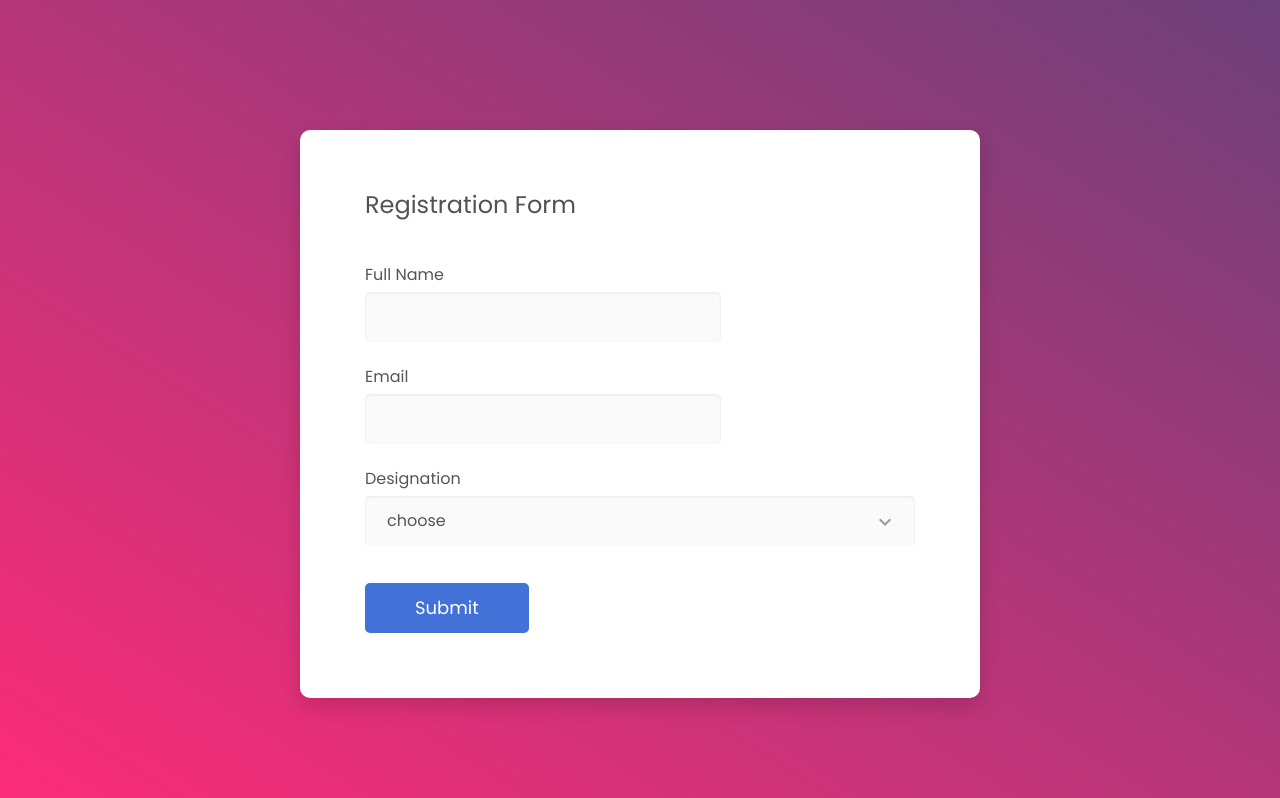
Repository: AbdulRehman0/registration
Page: http://localhost/registration.php
These files come from the project's save history. The page is drawn as it stood at one moment and after the next save; the edit follows.
The browser window is 1280 px wide. The pictures show the whole page.
The page is run by PHP 8.4 with error messages shown; the project is at /var/www/html/. Other server files are loaded and not shown.

Above is the page before, as saved 2021-01-05 15:16:23.

### registration.php
<?php
include "./templates/header.php";
?>
<body>
    <div class="page-wrapper bg-gra-02 p-t-130 p-b-100 font-poppins">
        <div class="wrapper wrapper--w680">
            <div class="card card-4">
                <div class="card-body">
                    <h2 class="title">Registration Form</h2>
                    <form method="POST">
                        <div class="row">

                            <div class="col-md-12">
                                <div class="input-group">
                                    <label class="label">Full Name</label>
                                    <input class="input--style-4" type="text" name="full name">
                                </div>
                            </div>
                        </div>

                        <div class="row row-space">
                            <div class="col-4">
                                <div class="input-group">
                                    <label class="label">Email</label>
                                    <input class="input--style-4" type="email" name="email">
                                </div>
                            </div>
                        </div>
                        <div class="input-group">
                            <label class="label">Designation</label>
                            <div class="rs-select2 js-select-simple select--no-search">
                                <select name="subject">
                                    <option disabled="disabled" selected="selected">choose</option>
                                    <option value="1">Admin</option>
                                    <option value="2">Editor</option>
                                </select>
                                <div class="select-dropdown"></div>
                            </div>
                        </div>
                        <div class="p-t-15">
                            <button class="btn btn--radius-2 btn--blue" type="submit">Submit</button>
                        </div>
                    </form>
                </div>
            </div>
        </div>
    </div>

</body><!-- This templates was made by Colorlib (https://colorlib.com) -->

<?php
include "./templates/footer.php";
?>

### templates/header.php
<!DOCTYPE html>
<html lang="en">

<head>
    <!-- Required meta tags-->
    <meta charset="UTF-8">
    <meta name="viewport" content="width=device-width, initial-scale=1, shrink-to-fit=no">
    <meta name="description" content="Colorlib Templates">
    <meta name="author" content="Colorlib">
    <meta name="keywords" content="Colorlib Templates">

    <!-- Title Page-->
    <title>Au Register Forms by Colorlib</title>

    <!-- Icons font CSS-->
    <link href="vendor/mdi-font/css/material-design-iconic-font.min.css" rel="stylesheet" media="all">
    <link href="vendor/font-awesome-4.7/css/font-awesome.min.css" rel="stylesheet" media="all">
    <!-- Font special for pages-->
    <link href="https://fonts.googleapis.com/css?family=Poppins:100,100i,200,200i,300,300i,400,400i,500,500i,600,600i,700,700i,800,800i,900,900i" rel="stylesheet">

    <!-- Vendor CSS-->
    <link href="vendor/select2/select2.min.css" rel="stylesheet" media="all">
    <link href="vendor/datepicker/daterangepicker.css" rel="stylesheet" media="all">

    <!-- Main CSS-->
    <link href="./assets/css/app.css" rel="stylesheet" media="all">
</head>

### templates/footer.php

</html>
<!-- end document-->
<!-- Jquery JS-->
<script src="vendor/jquery/jquery.min.js"></script>
    <!-- Vendor JS-->
    <script src="vendor/select2/select2.min.js"></script>
    <script src="vendor/datepicker/moment.min.js"></script>
    <script src="vendor/datepicker/daterangepicker.js"></script>

    <!-- Main JS-->
    <script src="./assets/js/app.js"></script>

### assets/css/app.css

/* ==========================================================================
   #FONT
   ========================================================================== */
   .font-robo {
    font-family: "Roboto", "Arial", "Helvetica Neue", sans-serif;
  }

  .font-poppins {
    font-family: "Poppins", "Arial", "Helvetica Neue", sans-serif;
  }

  /* ==========================================================================
     #GRID
     ========================================================================== */
  .row {
    display: -webkit-box;
    display: -webkit-flex;
    display: -moz-box;
    display: -ms-flexbox;
    display: flex;
    -webkit-flex-wrap: wrap;
    -ms-flex-wrap: wrap;
    flex-wrap: wrap;
  }

  .row-space {
    -webkit-box-pack: justify;
    -webkit-justify-content: space-between;
    -moz-box-pack: justify;
    -ms-flex-pack: justify;
    justify-content: space-between;
  }

  .col-2 {
    width: -webkit-calc((100% - 30px) / 2);
    width: -moz-calc((100% - 30px) / 2);
    width: calc((100% - 30px) / 2);
  }

  @media (max-width: 767px) {
    .col-2 {
      width: 100%;
    }
  }

  /* ==========================================================================
     #BOX-SIZING
     ========================================================================== */
  /**
   * More sensible default box-sizing:
   * css-tricks.com/inheriting-box-sizing-probably-slightly-better-best-practice
   */
  html {
    -webkit-box-sizing: border-box;
    -moz-box-sizing: border-box;
    box-sizing: border-box;
  }

  * {
    padding: 0;
    margin: 0;
  }

  *, *:before, *:after {
    -webkit-box-sizing: inherit;
    -moz-box-sizing: inherit;
    box-sizing: inherit;
  }

  /* ==========================================================================
     #RESET
     ========================================================================== */
  /**
   * A very simple reset that sits on top of Normalize.css.
   */
  body,
  h1, h2, h3, h4, h5, h6,
  blockquote, p, pre,
  dl, dd, ol, ul,
  figure,
  hr,
  fieldset, legend {
    margin: 0;
    padding: 0;
  }

  /**
   * Remove trailing margins from nested lists.
   */
  li > ol,
  li > ul {
    margin-bottom: 0;
  }

  /**
   * Remove default table spacing.
   */
  table {
    border-collapse: collapse;
    border-spacing: 0;
  }

  /**
   * 1. Reset Chrome and Firefox behaviour which sets a `min-width: min-content;`
   *    on fieldsets.
   */
  fieldset {
    min-width: 0;
    /* [1] */
    border: 0;
  }

  button {
    outline: none;
    background: none;
    border: none;
  }

  /* ==========================================================================
     #PAGE WRAPPER
     ========================================================================== */
  .page-wrapper {
    min-height: 100vh;
  }

  body {
    font-family: "Poppins", "Arial", "Helvetica Neue", sans-serif;
    font-weight: 400;
    font-size: 14px;
  }

  h1, h2, h3, h4, h5, h6 {
    font-weight: 400;
  }

  h1 {
    font-size: 36px;
  }

  h2 {
    font-size: 30px;
  }

  h3 {
    font-size: 24px;
  }

  h4 {
    font-size: 18px;
  }

  h5 {
    font-size: 15px;
  }

  h6 {
    font-size: 13px;
  }

  /* ==========================================================================
     #BACKGROUND
     ========================================================================== */
  .bg-blue {
    background: #2c6ed5;
  }

  .bg-red {
    background: #fa4251;
  }

  .bg-gra-01 {
    background: -webkit-gradient(linear, left bottom, left top, from(#fbc2eb), to(#a18cd1));
    background: -webkit-linear-gradient(bottom, #fbc2eb 0%, #a18cd1 100%);
    background: -moz-linear-gradient(bottom, #fbc2eb 0%, #a18cd1 100%);
    background: -o-linear-gradient(bottom, #fbc2eb 0%, #a18cd1 100%);
    background: linear-gradient(to top, #fbc2eb 0%, #a18cd1 100%);
  }

  .bg-gra-02 {
    background: -webkit-gradient(linear, left bottom, right top, from(#fc2c77), to(#6c4079));
    background: -webkit-linear-gradient(bottom left, #fc2c77 0%, #6c4079 100%);
    background: -moz-linear-gradient(bottom left, #fc2c77 0%, #6c4079 100%);
    background: -o-linear-gradient(bottom left, #fc2c77 0%, #6c4079 100%);
    background: linear-gradient(to top right, #fc2c77 0%, #6c4079 100%);
  }

  /* ==========================================================================
     #SPACING
     ========================================================================== */
  .p-t-100 {
    padding-top: 100px;
  }

  .p-t-130 {
    padding-top: 130px;
  }

  .p-t-180 {
    padding-top: 180px;
  }

  .p-t-20 {
    padding-top: 20px;
  }

  .p-t-15 {
    padding-top: 15px;
  }

  .p-t-10 {
    padding-top: 10px;
  }

  .p-t-30 {
    padding-top: 30px;
  }

  .p-b-100 {
    padding-bottom: 100px;
  }

  .m-r-45 {
    margin-right: 45px;
  }

  /* ==========================================================================
     #WRAPPER
     ========================================================================== */
  .wrapper {
    margin: 0 auto;
  }

  .wrapper--w960 {
    max-width: 960px;
  }

  .wrapper--w780 {
    max-width: 780px;
  }

  .wrapper--w680 {
    max-width: 680px;
  }

  /* ==========================================================================
     #BUTTON
     ========================================================================== */
  .btn {
    display: inline-block;
    line-height: 50px;
    padding: 0 50px;
    -webkit-transition: all 0.4s ease;
    -o-transition: all 0.4s ease;
    -moz-transition: all 0.4s ease;
    transition: all 0.4s ease;
    cursor: pointer;
    font-size: 18px;
    color: #fff;
    font-family: "Poppins", "Arial", "Helvetica Neue", sans-serif;
  }

  .btn--radius {
    -webkit-border-radius: 3px;
    -moz-border-radius: 3px;
    border-radius: 3px;
  }

  .btn--radius-2 {
    -webkit-border-radius: 5px;
    -moz-border-radius: 5px;
    border-radius: 5px;
  }

  .btn--pill {
    -webkit-border-radius: 20px;
    -moz-border-radius: 20px;
    border-radius: 20px;
  }

  .btn--green {
    background: #57b846;
  }

  .btn--green:hover {
    background: #4dae3c;
  }

  .btn--blue {
    background: #4272d7;
  }

  .btn--blue:hover {
    background: #3868cd;
  }

  /* ==========================================================================
     #DATE PICKER
     ========================================================================== */
  td.active {
    background-color: #2c6ed5;
  }

  input[type="date" i] {
    padding: 14px;
  }

  .table-condensed td, .table-condensed th {
    font-size: 14px;
    font-family: "Roboto", "Arial", "Helvetica Neue", sans-serif;
    font-weight: 400;
  }

  .daterangepicker td {
    width: 40px;
    height: 30px;
  }

  .daterangepicker {
    border: none;
    -webkit-box-shadow: 0px 8px 20px 0px rgba(0, 0, 0, 0.15);
    -moz-box-shadow: 0px 8px 20px 0px rgba(0, 0, 0, 0.15);
    box-shadow: 0px 8px 20px 0px rgba(0, 0, 0, 0.15);
    display: none;
    border: 1px solid #e0e0e0;
    margin-top: 5px;
  }

  .daterangepicker::after, .daterangepicker::before {
    display: none;
  }

  .daterangepicker thead tr th {
    padding: 10px 0;
  }

  .daterangepicker .table-condensed th select {
    border: 1px solid #ccc;
    -webkit-border-radius: 3px;
    -moz-border-radius: 3px;
    border-radius: 3px;
    font-size: 14px;
    padding: 5px;
    outline: none;
  }

  /* ==========================================================================
     #FORM
     ========================================================================== */
  input {
    outline: none;
    margin: 0;
    border: none;
    -webkit-box-shadow: none;
    -moz-box-shadow: none;
    box-shadow: none;
    width: 100%;
    font-size: 14px;
    font-family: inherit;
  }

  .input--style-4 {
    line-height: 50px;
    background: #fafafa;
    -webkit-box-shadow: inset 0px 1px 3px 0px rgba(0, 0, 0, 0.08);
    -moz-box-shadow: inset 0px 1px 3px 0px rgba(0, 0, 0, 0.08);
    box-shadow: inset 0px 1px 3px 0px rgba(0, 0, 0, 0.08);
    -webkit-border-radius: 5px;
    -moz-border-radius: 5px;
    border-radius: 5px;
    padding: 0 20px;
    font-size: 16px;
    color: #666;
    -webkit-transition: all 0.4s ease;
    -o-transition: all 0.4s ease;
    -moz-transition: all 0.4s ease;
    transition: all 0.4s ease;
  }

  .input--style-4::-webkit-input-placeholder {
    /* WebKit, Blink, Edge */
    color: #666;
  }

  .input--style-4:-moz-placeholder {
    /* Mozilla Firefox 4 to 18 */
    color: #666;
    opacity: 1;
  }

  .input--style-4::-moz-placeholder {
    /* Mozilla Firefox 19+ */
    color: #666;
    opacity: 1;
  }

  .input--style-4:-ms-input-placeholder {
    /* Internet Explorer 10-11 */
    color: #666;
  }

  .input--style-4:-ms-input-placeholder {
    /* Microsoft Edge */
    color: #666;
  }

  .label {
    font-size: 16px;
    color: #555;
    text-transform: capitalize;
    display: block;
    margin-bottom: 5px;
  }

  .radio-container {
    display: inline-block;
    position: relative;
    padding-left: 30px;
    cursor: pointer;
    font-size: 16px;
    color: #666;
    -webkit-user-select: none;
    -moz-user-select: none;
    -ms-user-select: none;
    user-select: none;
  }

  .radio-container input {
    position: absolute;
    opacity: 0;
    cursor: pointer;
  }

  .radio-container input:checked ~ .checkmark {
    background-color: #e5e5e5;
  }

  .radio-container input:checked ~ .checkmark:after {
    display: block;
  }

  .radio-container .checkmark:after {
    top: 50%;
    left: 50%;
    -webkit-transform: translate(-50%, -50%);
    -moz-transform: translate(-50%, -50%);
    -ms-transform: translate(-50%, -50%);
    -o-transform: translate(-50%, -50%);
    transform: translate(-50%, -50%);
    width: 12px;
    height: 12px;
    -webkit-border-radius: 50%;
    -moz-border-radius: 50%;
    border-radius: 50%;
    background: #57b846;
  }

  .checkmark {
    position: absolute;
    top: 50%;
    -webkit-transform: translateY(-50%);
    -moz-transform: translateY(-50%);
    -ms-transform: translateY(-50%);
    -o-transform: translateY(-50%);
    transform: translateY(-50%);
    left: 0;
    height: 20px;
    width: 20px;
    background-color: #e5e5e5;
    -webkit-border-radius: 50%;
    -moz-border-radius: 50%;
    border-radius: 50%;
    -webkit-box-shadow: inset 0px 1px 3px 0px rgba(0, 0, 0, 0.08);
    -moz-box-shadow: inset 0px 1px 3px 0px rgba(0, 0, 0, 0.08);
    box-shadow: inset 0px 1px 3px 0px rgba(0, 0, 0, 0.08);
  }

  .checkmark:after {
    content: "";
    position: absolute;
    display: none;
  }

  .input-group {
    position: relative;
    margin-bottom: 22px;
  }

  .input-group-icon {
    position: relative;
  }

  .input-icon {
    position: absolute;
    font-size: 18px;
    color: #999;
    right: 18px;
    top: 50%;
    -webkit-transform: translateY(-50%);
    -moz-transform: translateY(-50%);
    -ms-transform: translateY(-50%);
    -o-transform: translateY(-50%);
    transform: translateY(-50%);
    cursor: pointer;
  }

  /* ==========================================================================
     #SELECT2
     ========================================================================== */
  .select--no-search .select2-search {
    display: none !important;
  }

  .rs-select2 .select2-container {
    width: 100% !important;
    outline: none;
    background: #fafafa;
    -webkit-box-shadow: inset 0px 1px 3px 0px rgba(0, 0, 0, 0.08);
    -moz-box-shadow: inset 0px 1px 3px 0px rgba(0, 0, 0, 0.08);
    box-shadow: inset 0px 1px 3px 0px rgba(0, 0, 0, 0.08);
    -webkit-border-radius: 5px;
    -moz-border-radius: 5px;
    border-radius: 5px;
  }

  .rs-select2 .select2-container .select2-selection--single {
    outline: none;
    border: none;
    height: 50px;
    background: transparent;
  }

  .rs-select2 .select2-container .select2-selection--single .select2-selection__rendered {
    line-height: 50px;
    padding-left: 0;
    color: #555;
    font-size: 16px;
    font-family: inherit;
    padding-left: 22px;
    padding-right: 50px;
  }

  .rs-select2 .select2-container .select2-selection--single .select2-selection__arrow {
    height: 50px;
    right: 20px;
    display: -webkit-box;
    display: -webkit-flex;
    display: -moz-box;
    display: -ms-flexbox;
    display: flex;
    -webkit-box-pack: center;
    -webkit-justify-content: center;
    -moz-box-pack: center;
    -ms-flex-pack: center;
    justify-content: center;
    -webkit-box-align: center;
    -webkit-align-items: center;
    -moz-box-align: center;
    -ms-flex-align: center;
    align-items: center;
  }

  .rs-select2 .select2-container .select2-selection--single .select2-selection__arrow b {
    display: none;
  }

  .rs-select2 .select2-container .select2-selection--single .select2-selection__arrow:after {
    font-family: "Material-Design-Iconic-Font";
    content: '\f2f9';
    font-size: 24px;
    color: #999;
    -webkit-transition: all 0.4s ease;
    -o-transition: all 0.4s ease;
    -moz-transition: all 0.4s ease;
    transition: all 0.4s ease;
  }

  .rs-select2 .select2-container.select2-container--open .select2-selection--single .select2-selection__arrow::after {
    -webkit-transform: rotate(-180deg);
    -moz-transform: rotate(-180deg);
    -ms-transform: rotate(-180deg);
    -o-transform: rotate(-180deg);
    transform: rotate(-180deg);
  }

  .select2-container--open .select2-dropdown--below {
    border: none;
    -webkit-border-radius: 3px;
    -moz-border-radius: 3px;
    border-radius: 3px;
    -webkit-box-shadow: 0px 8px 20px 0px rgba(0, 0, 0, 0.15);
    -moz-box-shadow: 0px 8px 20px 0px rgba(0, 0, 0, 0.15);
    box-shadow: 0px 8px 20px 0px rgba(0, 0, 0, 0.15);
    border: 1px solid #e0e0e0;
    margin-top: 5px;
    overflow: hidden;
  }

  .select2-container--default .select2-results__option {
    padding-left: 22px;
  }

  /* ==========================================================================
     #TITLE
     ========================================================================== */
  .title {
    font-size: 24px;
    color: #525252;
    font-weight: 400;
    margin-bottom: 40px;
  }

  /* ==========================================================================
     #CARD
     ========================================================================== */
  .card {
    -webkit-border-radius: 3px;
    -moz-border-radius: 3px;
    border-radius: 3px;
    background: #fff;
  }

  .card-4 {
    background: #fff;
    -webkit-border-radius: 10px;
    -moz-border-radius: 10px;
    border-radius: 10px;
    -webkit-box-shadow: 0px 8px 20px 0px rgba(0, 0, 0, 0.15);
    -moz-box-shadow: 0px 8px 20px 0px rgba(0, 0, 0, 0.15);
    box-shadow: 0px 8px 20px 0px rgba(0, 0, 0, 0.15);
  }

  .card-4 .card-body {
    padding: 57px 65px;
    padding-bottom: 65px;
  }

  @media (max-width: 767px) {
    .card-4 .card-body {
      padding: 50px 40px;
    }
  }

### assets/js/app.js
(function ($) {
  'use strict';
  /*==================================================================
      [ Daterangepicker ]*/
  try {
      $('.js-datepicker').daterangepicker({
          "singleDatePicker": true,
          "showDropdowns": true,
          "autoUpdateInput": false,
          locale: {
              format: 'DD/MM/YYYY'
          },
      });

      var myCalendar = $('.js-datepicker');
      var isClick = 0;

      $(window).on('click',function(){
          isClick = 0;
      });

      $(myCalendar).on('apply.daterangepicker',function(ev, picker){
          isClick = 0;
          $(this).val(picker.startDate.format('DD/MM/YYYY'));

      });

      $('.js-btn-calendar').on('click',function(e){
          e.stopPropagation();

          if(isClick === 1) isClick = 0;
          else if(isClick === 0) isClick = 1;

          if (isClick === 1) {
              myCalendar.focus();
          }
      });

      $(myCalendar).on('click',function(e){
          e.stopPropagation();
          isClick = 1;
      });

      $('.daterangepicker').on('click',function(e){
          e.stopPropagation();
      });


  } catch(er) {console.log(er);}
  /*[ Select 2 Config ]
      ===========================================================*/

  try {
      var selectSimple = $('.js-select-simple');

      selectSimple.each(function () {
          var that = $(this);
          var selectBox = that.find('select');
          var selectDropdown = that.find('.select-dropdown');
          selectBox.select2({
              dropdownParent: selectDropdown
          });
      });

  } catch (err) {
      console.log(err);
  }


})(jQuery);

After the next save:
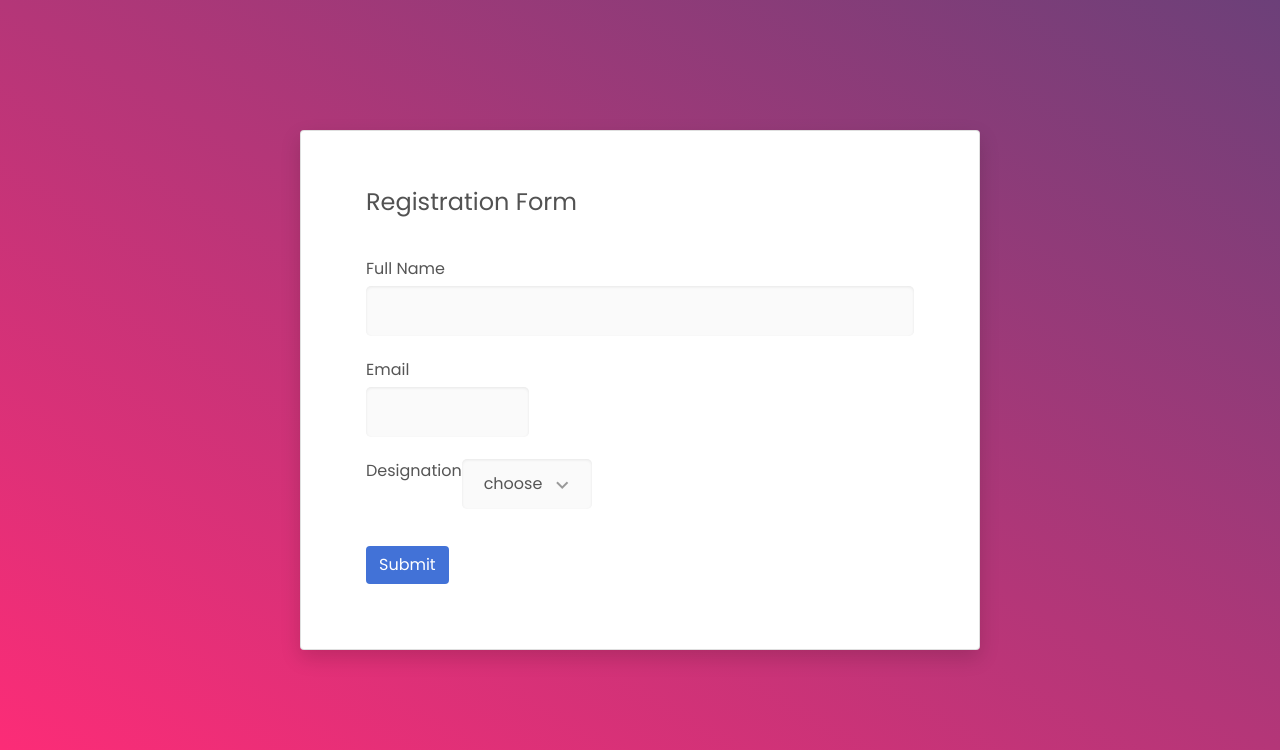
Saved 2 min 59 s later.
--- a/templates/header.php
+++ b/templates/header.php
@@ -24,4 +24,5 @@
 
     <!-- Main CSS-->
     <link href="./assets/css/app.css" rel="stylesheet" media="all">
+    <link rel="stylesheet" href="https://maxcdn.bootstrapcdn.com/bootstrap/4.0.0/css/bootstrap.min.css" integrity="sha384-Gn5384xqQ1aoWXA+058RXPxPg6fy4IWvTNh0E263XmFcJlSAwiGgFAW/dAiS6JXm" crossorigin="anonymous">
 </head>
